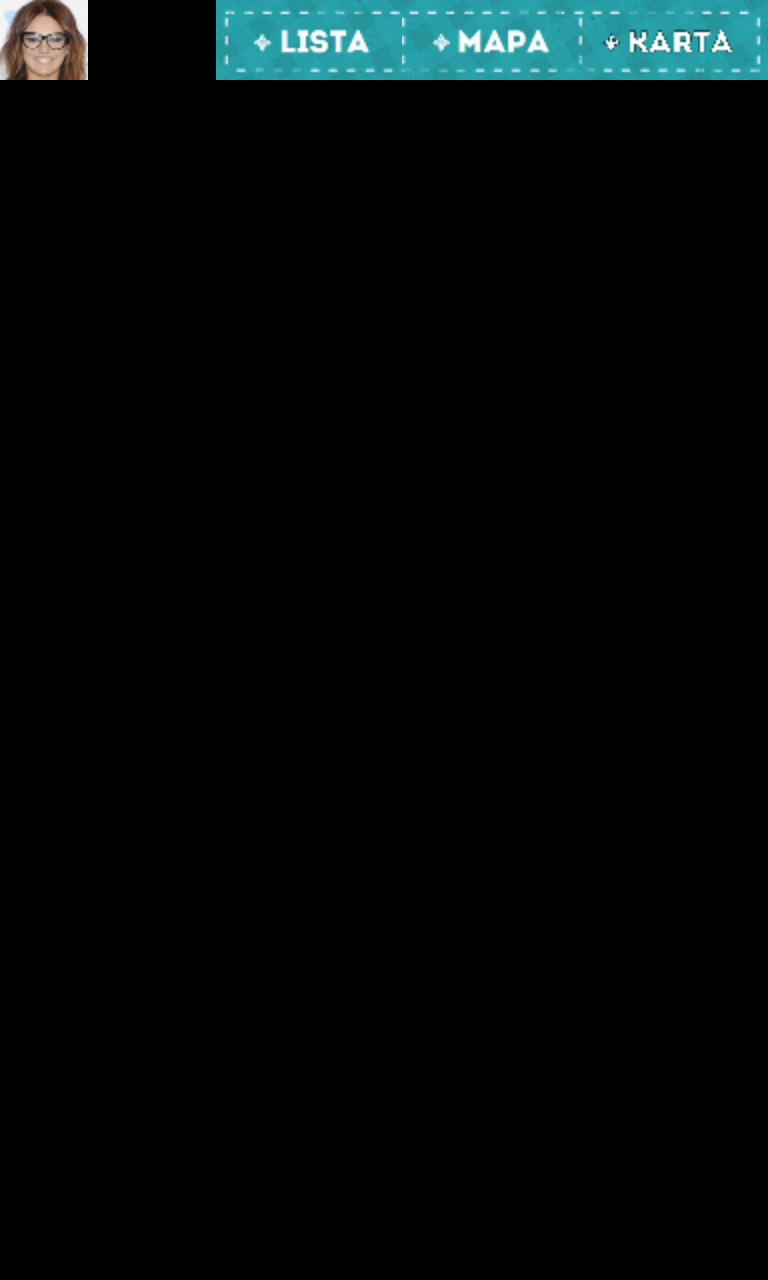
Repository: augkamil/snap_app
Layout: com.snap.QRcode/res/layout/header.xml
These files come from the project's save history. The layout is drawn as it stood at one moment and after the next save; the edit follows.
It is drawn on a 768 x 1280 px phone screen (xhdpi) without system bars, with theme android:Theme; the app's code is not run.

Above is the layout before, as saved 2012-09-26 17:20:21.

After the next save:
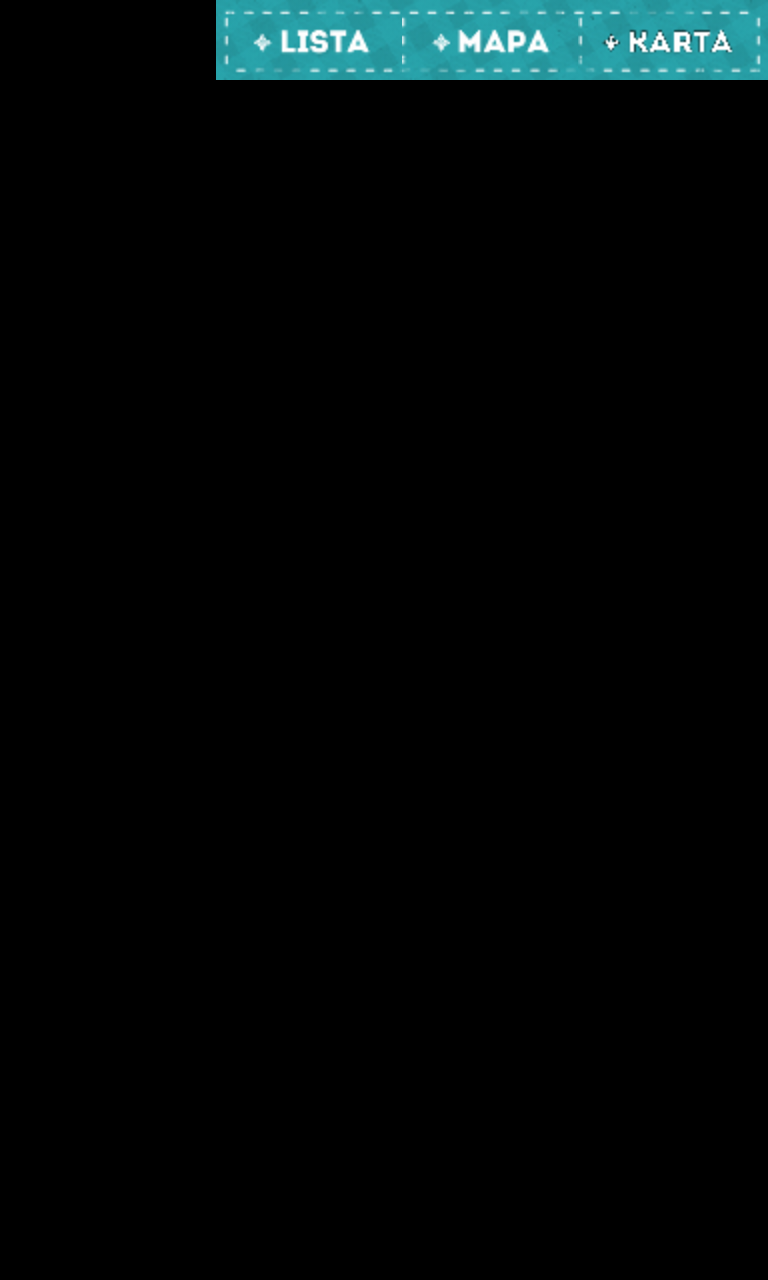
Saved 20 s later.
--- a/com.snap.QRcode/res/layout/header.xml
+++ b/com.snap.QRcode/res/layout/header.xml
@@ -4,12 +4,6 @@
             android:layout_width="match_parent"
             android:layout_height="40dp"
             >
-            <ImageButton
-                android:id="@+id/user_photo_btn"
-                android:src="@drawable/user_photo_btn_lq"
-                android:layout_alignParentLeft="true"
-                style="@style/actionBar"
-                />
 
             <ImageButton
                 android:id="@+id/list_btn"

After the save that followed:
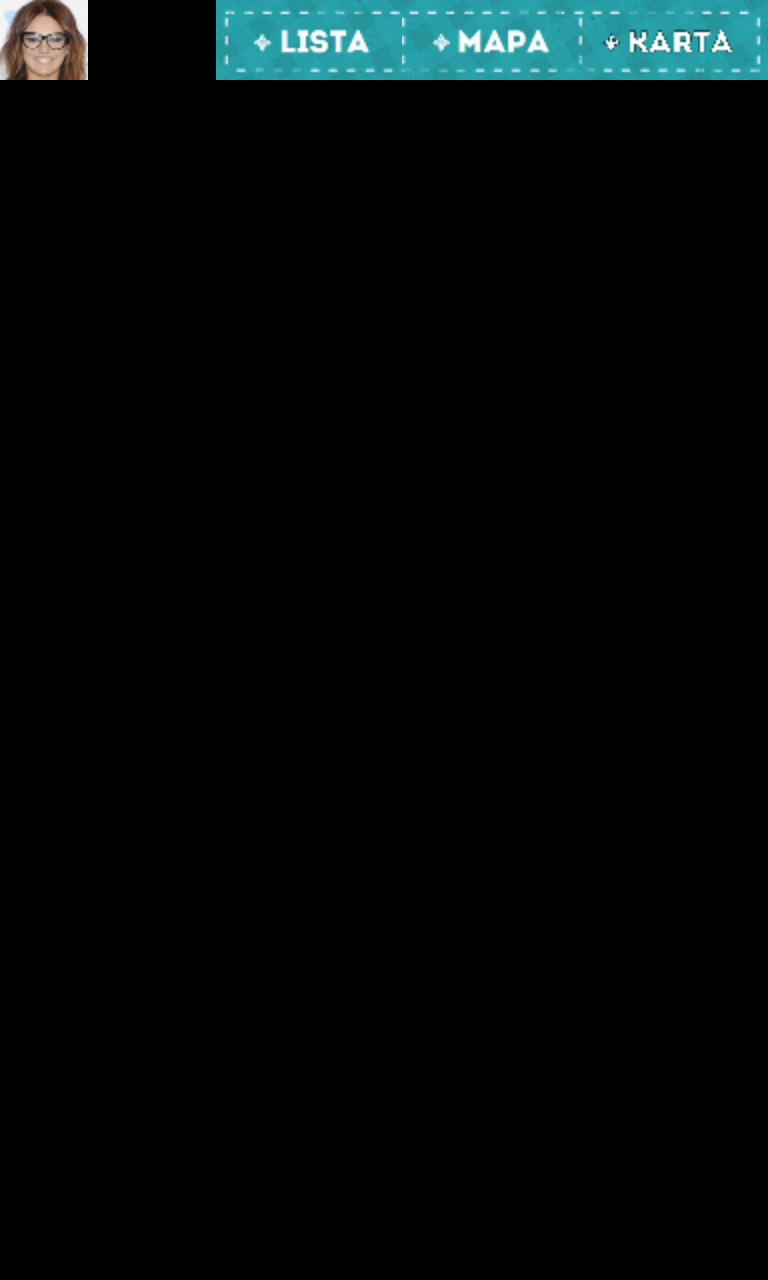
Saved 38 s later.
--- a/com.snap.QRcode/res/layout/header.xml
+++ b/com.snap.QRcode/res/layout/header.xml
@@ -4,6 +4,12 @@
             android:layout_width="match_parent"
             android:layout_height="40dp"
             >
+            <ImageButton
+                android:id="@+id/user_photo_btn"
+                android:src="@drawable/user_photo_btn_lq"
+                android:layout_alignParentLeft="true"
+                style="@style/actionBar"
+                />
 
             <ImageButton
                 android:id="@+id/list_btn"
